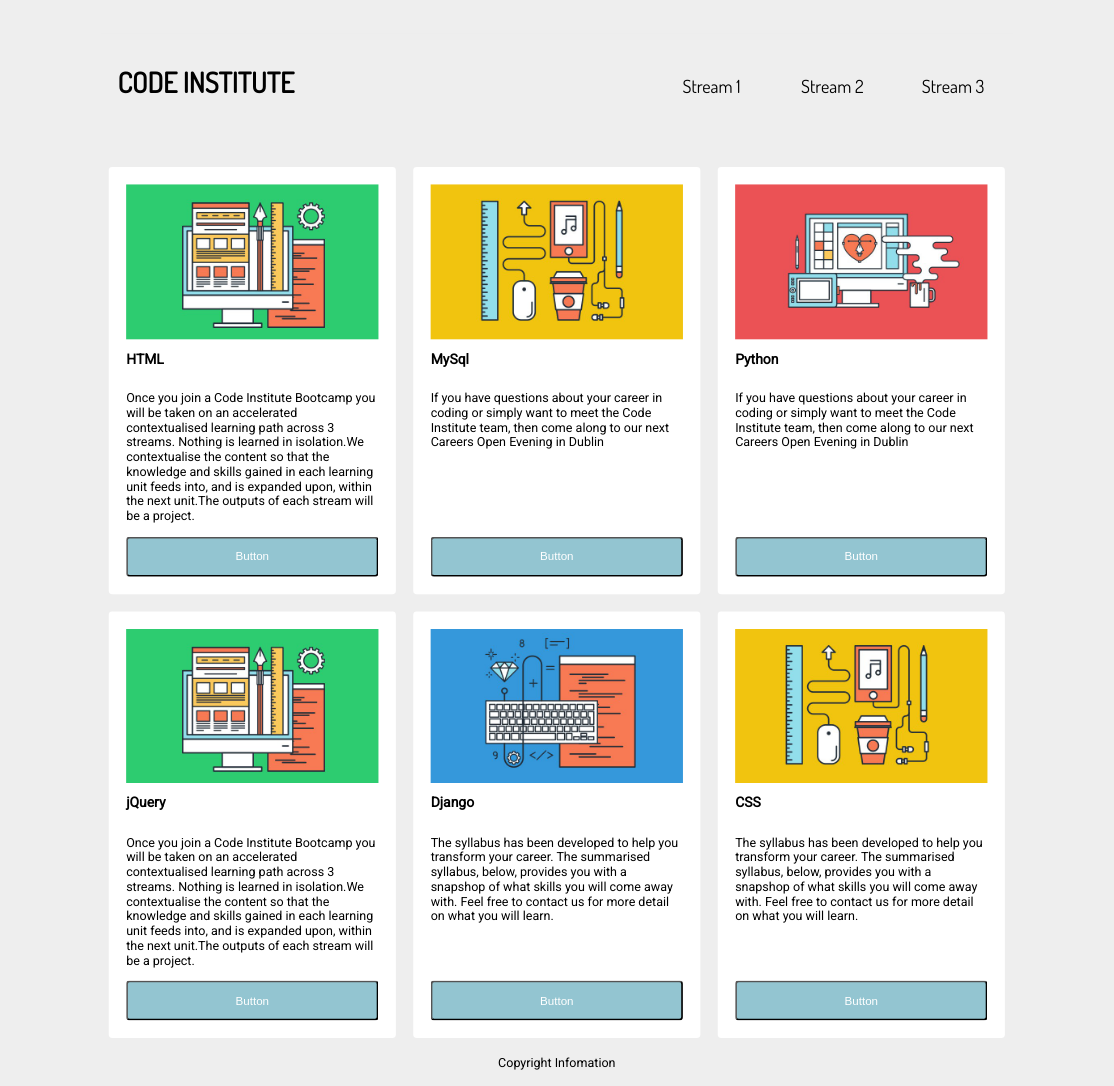
Repository: LivHed/jquery-events
Page: Cards-jquery.html
The author's editor kept a record of every edit. The page is drawn from the files as they stood at one moment, then again after the next edit.
The browser window is 1280 px wide. The pictures show the whole page, at 87% of full size.
After loading, the first visible `#effect_button1` was clicked once.
Some web libraries are served in a nearby version.

Above is the page before.

After the next edit:
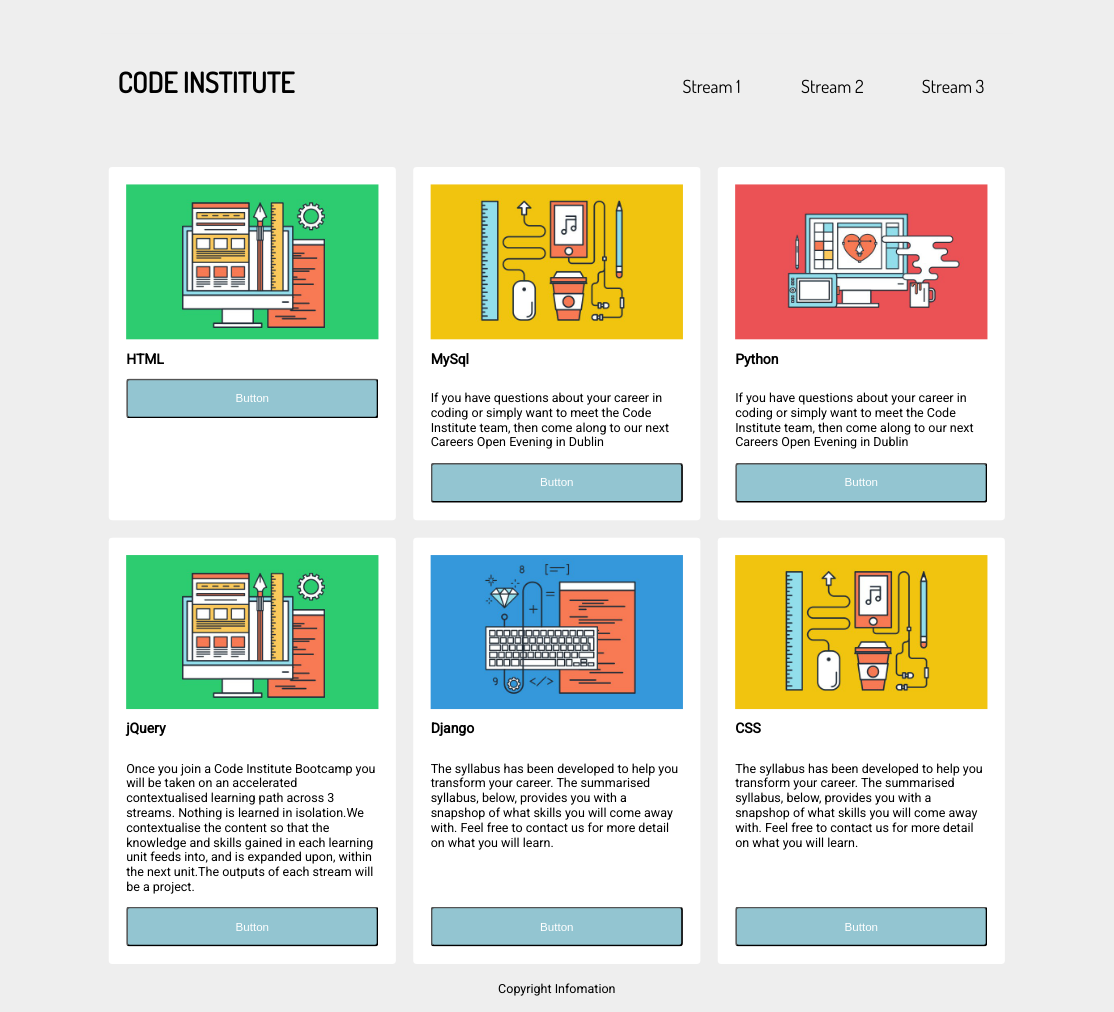
The edit:
--- a/script.js
+++ b/script.js
@@ -17,10 +17,24 @@
 }); */
 
     $("#effect_button1").on("click", function() {
- 		$("#toggle_effect1").toggle();
-          $("#toggle_effect1").toggle(1000);
+ 		$("#paragraph1").toggle(1000);
 
 });
+    $("#button_effects2").click(function(){
+        $('#par2').toggle('1000');
+    });
+    $("#button_effects3").click(function(){
+        $('#par3').toggle('1000');
+    });
+    $("#button_effects4").click(function(){
+        $('#par4').toggle('1000');
+    });
+    $("#button_effects5").click(function(){
+        $('#par5').toggle('1000');
+    });
+    $("#button_effects6").click(function(){
+        $('#par6').toggle('1000');
+    });
 
 
     /*
